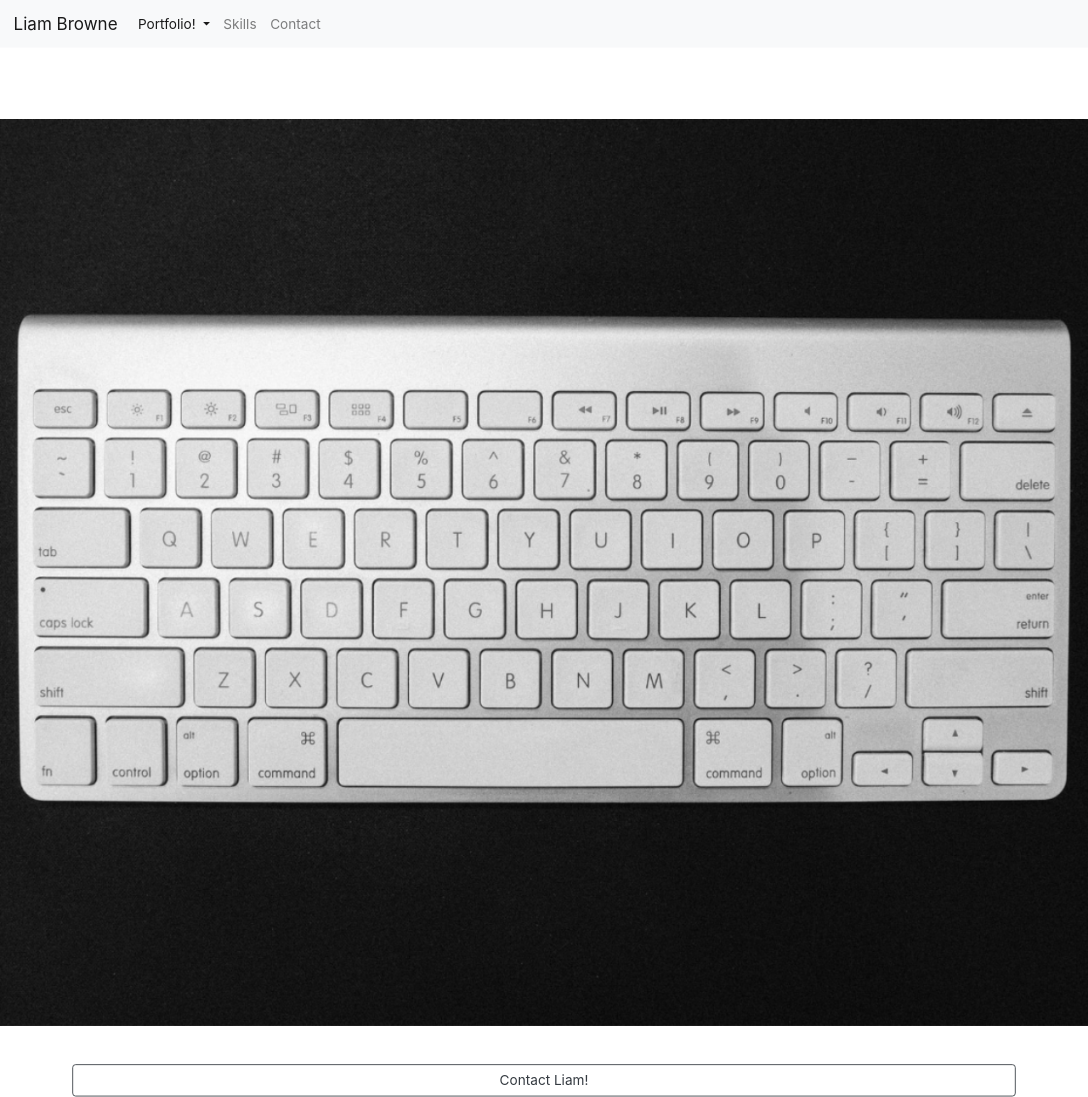
Repository: LiamB123/LiamBrowne.com.github.io
Page: contact.html
The author's editor kept a record of every edit. The page is drawn from the files as they stood at one moment, then again after the next edit.
The browser window is 1280 px wide. The pictures show the whole page, at 85% of full size.
Backgrounds fixed to the window are drawn as part of the page.

Above is the page before.

### contact.html
<!DOCTYPE html>
<html lang="en">

<head>
    <meta charset="UTF-8">
    <meta name="viewport" content="width=device-width, initial-scale=1.0">


    <meta http-equiv="X-UA-Compatible" content="ie=edge">

    <title>Liam Browne</title>

    <!--Boostrap Links for Css, Js and Jquery --->
    <link rel="stylesheet" href="https://stackpath.bootstrapcdn.com/bootstrap/4.4.1/css/bootstrap.min.css" integrity="sha384-Vkoo8x4CGsO3+Hhxv8T/Q5PaXtkKtu6ug5TOeNV6gBiFeWPGFN9MuhOf23Q9Ifjh" crossorigin="anonymous">

    <script src="https://code.jquery.com/jquery-3.4.1.slim.min.js" integrity="sha384-J6qa4849blE2+poT4WnyKhv5vZF5SrPo0iEjwBvKU7imGFAV0wwj1yYfoRSJoZ+n" crossorigin="anonymous"></script>
    <script src="https://cdn.jsdelivr.net/npm/popper.js@1.16.0/dist/umd/popper.min.js" integrity="sha384-Q6E9RHvbIyZFJoft+2mJbHaEWldlvI9IOYy5n3zV9zzTtmI3UksdQRVvoxMfooAo" crossorigin="anonymous"></script>
    <script src="https://stackpath.bootstrapcdn.com/bootstrap/4.4.1/js/bootstrap.min.js" integrity="sha384-wfSDF2E50Y2D1uUdj0O3uMBJnjuUD4Ih7YwaYd1iqfktj0Uod8GCExl3Og8ifwB6" crossorigin="anonymous"></script>


    <link rel="stylesheet" href="static/css/custom.css" type="text/css" />

</head>




<nav class="navbar navbar-expand-lg navbar-light bg-light">
    <a class="navbar-brand" href="index.html">Liam Browne </a>
    <button class="navbar-toggler" type="button" data-toggle="collapse" data-target="#navbarSupportedContent" aria-controls="navbarSupportedContent" aria-expanded="false" aria-label="Toggle navigation">
    <span class="navbar-toggler-icon"></span>
  </button>

    <div class="collapse navbar-collapse" id="navbarSupportedContent">
      <ul class="navbar-nav mr-auto">
        <li class="nav-item active nav-item dropdown">
          <a class="nav-link dropdown-toggle" href="" id="navbarDropdown" role="button" data-toggle="dropdown" aria-haspopup="true" aria-expanded="false">
          Portfolio!
        </a>
          <div class="dropdown-menu" aria-labelledby="navbarDropdown">
              <a class="dropdown-item"  href="portfolio.html">Take me there!</a>
            <a class="dropdown-item" target="_blank" href="https://liams-the-store.herokuapp.com/">E-Commerce</a>
            <a class="dropdown-item" target ="_blank" href="https://liams-booze.herokuapp.com/">Booze Clues</a>
            <div class="dropdown-divider"></div>
            <a class="dropdown-iitem" href="https://github.com/LiamB123/">

           Check out my GitHub</a>
          </div>
        </li>
        <a class="nav-link" href="Skills.html">Skills<span class="sr-only">(current)</span></a>
        </li>
        <li class="nav-item">
          <a class="nav-link" href="contact.html">Contact</a>
        </li>

      </ul>

    </div>
  </nav>

<div id="contact-img">
    <div class="container">



        <h1 class="white-lettering">
            Contact
        </h1>
        <div class="row row-flex">
            <div class="vertical-align-center">

            </div>
        </div>

        <!-- Button trigger modal -->
        <button type="button" class="btn btn-outline-dark btn-block tall " data-toggle="modal" data-target="#staticBackdrop">
    Contact Liam!
    </button>

        <!-- Modal -->
        <div class="modal fade" id="staticBackdrop" data-backdrop="static" tabindex="-1" role="dialog" aria-labelledby="staticBackdropLabel" aria-hidden="true">
            <div class="modal-dialog" role="document">
                <div class="modal-content">
                    <div class="modal-header">
                        <h5 class="modal-title" id="staticBackdropLabel">Just a few details so I can respond!</h5>
                        <button type="button" class="close" data-dismiss="modal" aria-label="Close">
          <span aria-hidden="true">&times;</span>
        </button>
                    </div>
                    <div class="modal-body">

                        <form>
                            <div class="form-group">
                                <label for="Email">Email address</label>
                                <input type="email" class="form-control" id="Email" placeholder="I will never share this information!">
                            </div>
                            <div class="form-group">
                                <label for="exampleFormControlSelect1">Is there a specific thing you want to talk about?</label>
                                <select class="form-control" id="exampleFormControlSelect1">
      <option>Just Saying Hi!</option>
      <option>Collaboration</option>
      <option>Business Opportunity</option>

    </select>
                            </div>

                            <div class="form-group">
                                <label for="exampleFormControlTextarea1">Message</label>
                                <textarea class="form-control" id="exampleFormControlTextarea1" rows="8"></textarea>
                            </div>
                            <button type="submit" class="btn btn-lg btn-outline-dark">Send!</button>
                        </form>
                    </div>
                    <div class="modal-footer">
                        <button type="button" class="btn btn-dark" data-dismiss="modal">Close</button>
                    </div>
                </div>
            </div>
        </div>
    </div>
</div>

### static/css/custom.css
/*Image Classes*/


#contact-img {
    min-height: 100vh;
    min-width: 100%;
    z-index: -1;
    background-image: url("../img/keyboard.jpg");
    background-repeat: no-repeat;
    background-position: center;
    background-attachment: fixed;
}


#title-img{
    background-attachment: fixed;
    background-image: url("../img/laptop.jpg");
    background-position: bottom;
    background-size: cover;
   min-height: 100vh;
    min-width: 100%;
    margin-bottom: 0px;
    z-index: -1;
}

.white-lettering{
    color: white;
}


.vertical-align-center{
    padding-top:70%;
    text-align: center;
    padding-bottom: 30%;
}

After the next edit:
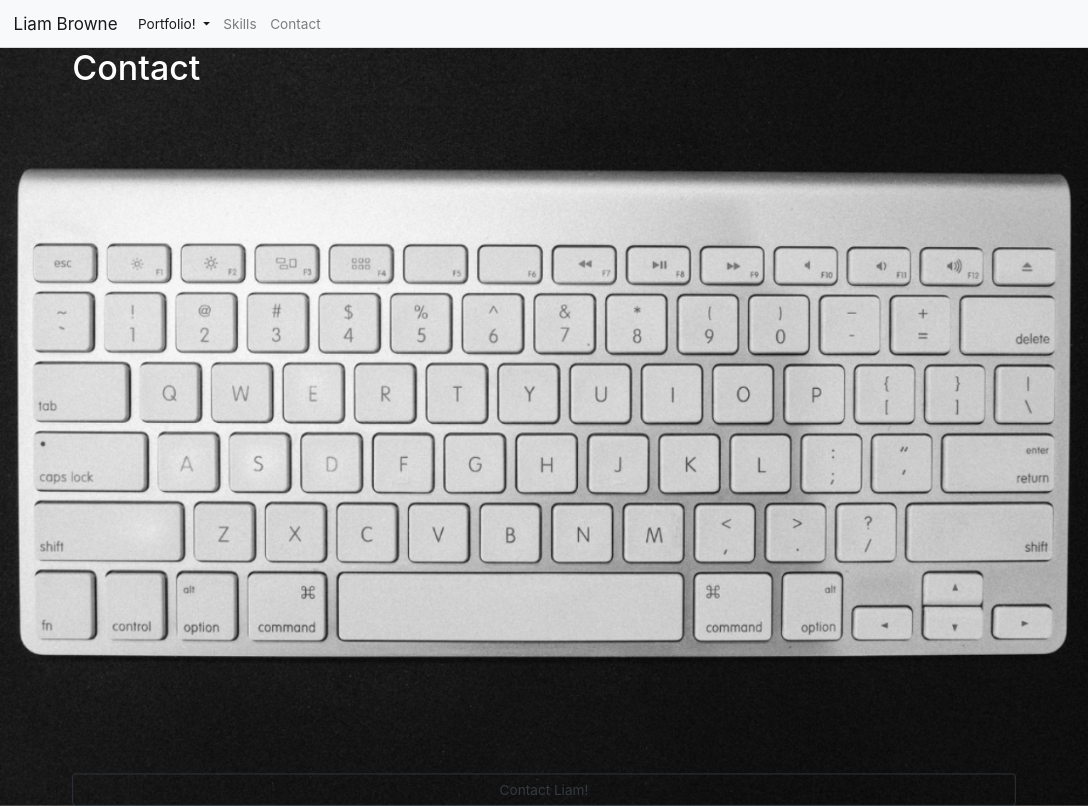
The edit:
--- a/static/css/custom.css
+++ b/static/css/custom.css
@@ -29,7 +29,7 @@
 
 
 .vertical-align-center{
-    padding-top:70%;
+    padding-top:40%;
     text-align: center;
     padding-bottom: 30%;
 }
